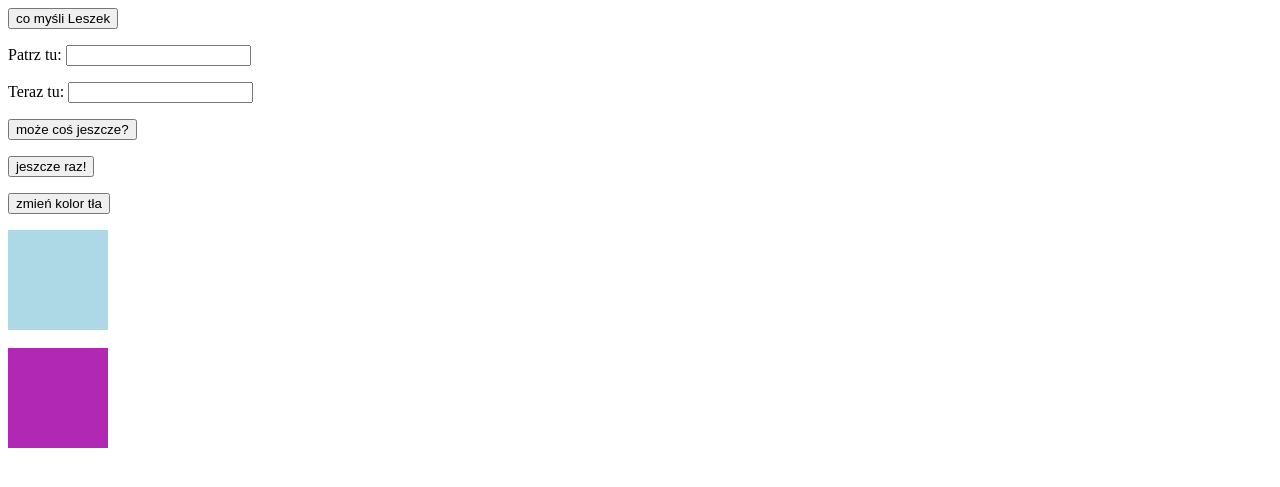
Repository: LechCieslak/autofill
Page: index.html
These files come from the project's save history. The page is drawn as it stood at one moment and after the next save; the edit follows.
The browser window is 1280 px wide. The pictures show the whole page.

Above is the page before, as saved 2020-04-30 01:53:21.

### index.html
<!DOCTYPE html>
<html lang="en">
<head>
    <meta charset="UTF-8">
    <meta name="viewport" content="width=device-width, initial-scale=1.0">
    <meta http-equiv="X-UA-Compatible" content="ie=edge">
    <link rel="stylesheet" href="style.css">
    <title>Autofill</title>
</head>
<body>
    <!-- źródło: http://benalexkeen.com/autofilling-forms-with-javascript/ -->
    <!-- <a href="#" onClick="autoFill(); return true;" >Click to Autofill</a>
    <form>
    <p>
        <label>Text Input: </label>
        <input type="text" id="input1">
    </p>
    <p>
        <label>Dropdown Input: </label>
        <select id="input2">
        <option value="Dropdown1">First Option</option>
        <option value="Dropdown2">Second Option</option>
        <option value="Dropdown3">Third Option</option>
        </select>
    </p>
    <p>
        <label>Radio Input: </label>
        <input type="radio" name="input3" value="Radio1">First Radio
        <input type="radio" name="input3" value="Radio2">Second Radio
        <input type="radio" name="input3" value="Radio3">Third Radio
    </p>
    </form> -->

    <!-- LESZKA KOD: -->

    <button onClick="autoFill2()">co myśli Leszek</button>
    <p>
        <label>Patrz tu: </label>
        <input type="text" class="input4">
    </p>
    <p>
        <label>Teraz tu: </label>
        <input type="text" class="input5">
    </p>
    <button onClick="autoFill3()">może coś jeszcze?</button>

    <p>
    <button onClick="eraseContent()">jeszcze raz!</button>
    </p>

    <p>
    <button onClick="backCol()">zmień kolor tła</button>
    </p>

    <div class="fubar"></div>
    <br>
    <div class="fubar2"></div>

    <script src="app.js"></script>
</body>
</html>

### style.css
.fubar {
    height: 100px;
    width: 100px;
    background-color: lightblue;
}

.fubar2 {
    height: 100px;
    width: 100px;
    background-color: lightblue;
}

### app.js
// źródło: http://benalexkeen.com/autofilling-forms-with-javascript/

// function autoFill() {
//     document.getElementById('input1').value = "My Text Input";
//     document.getElementById('input2').value = "Dropdown3";

//     var radioElements = document.getElementsByName("input3");

//     for (var i=0; i<radioElements.length; i++) {
//       if (radioElements[i].getAttribute('value') == 'Radio2') {
//         radioElements[i].checked = true;
//       }
//     }
//   }

  function autoFill2() {
    document.querySelector(".input4").value = "Kocham Myszkę";
  }

  function autoFill3() {
    document.querySelector(".input5").value = "Ponad Życie!!!";
}

function eraseContent() {
    document.querySelector(".input4").value = "";
    document.querySelector(".input5").value = "";
}


var colors = ["red","green","greenyellow","darksalmon","#B028B4","lightblue","orangered","black"]

function backCol() {


  var a = (Math.floor(Math.random()*8));
  var b = colors[a];
  console.log(b);

  document.querySelector(".fubar").style.backgroundColor = b;
  console.log(a);
}




var idInter;

function changeCol() {
  idInter = setInterval(changeBackCol,1000);
}

function changeBackCol() {
  var elem = document.querySelector(".fubar2");

  var a = (Math.floor(Math.random()*8));
  var b = colors[a];
  console.log(b);

  elem.style.backgroundColor = b;
  console.log("koniec");

}

changeCol();

After the next save:
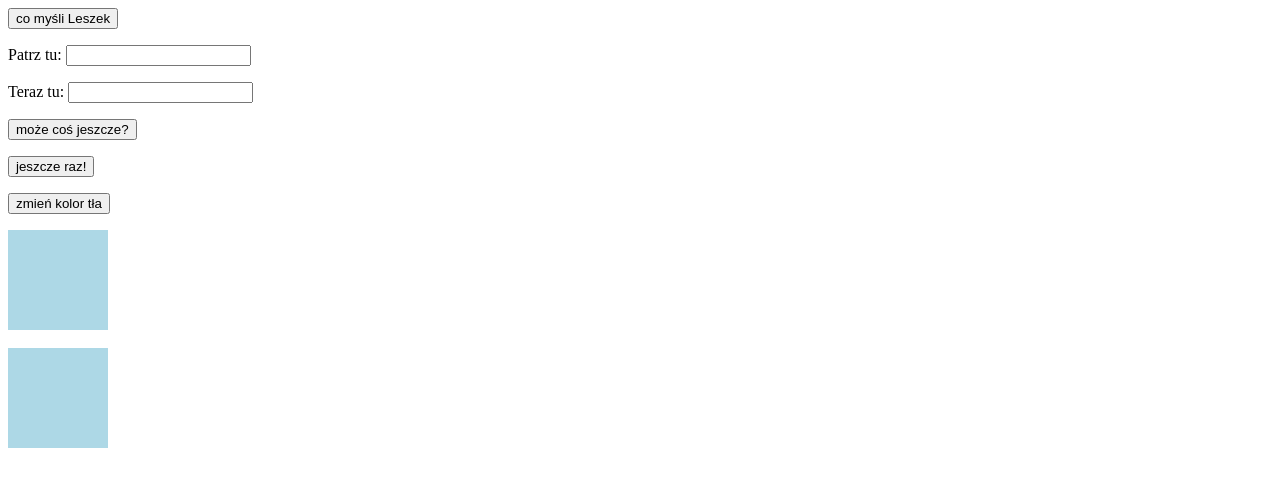
Saved 49 s later.
--- a/app.js
+++ b/app.js
@@ -61,4 +61,4 @@ function changeBackCol() {
 
 }
 
-changeCol();
+//changeCol();
